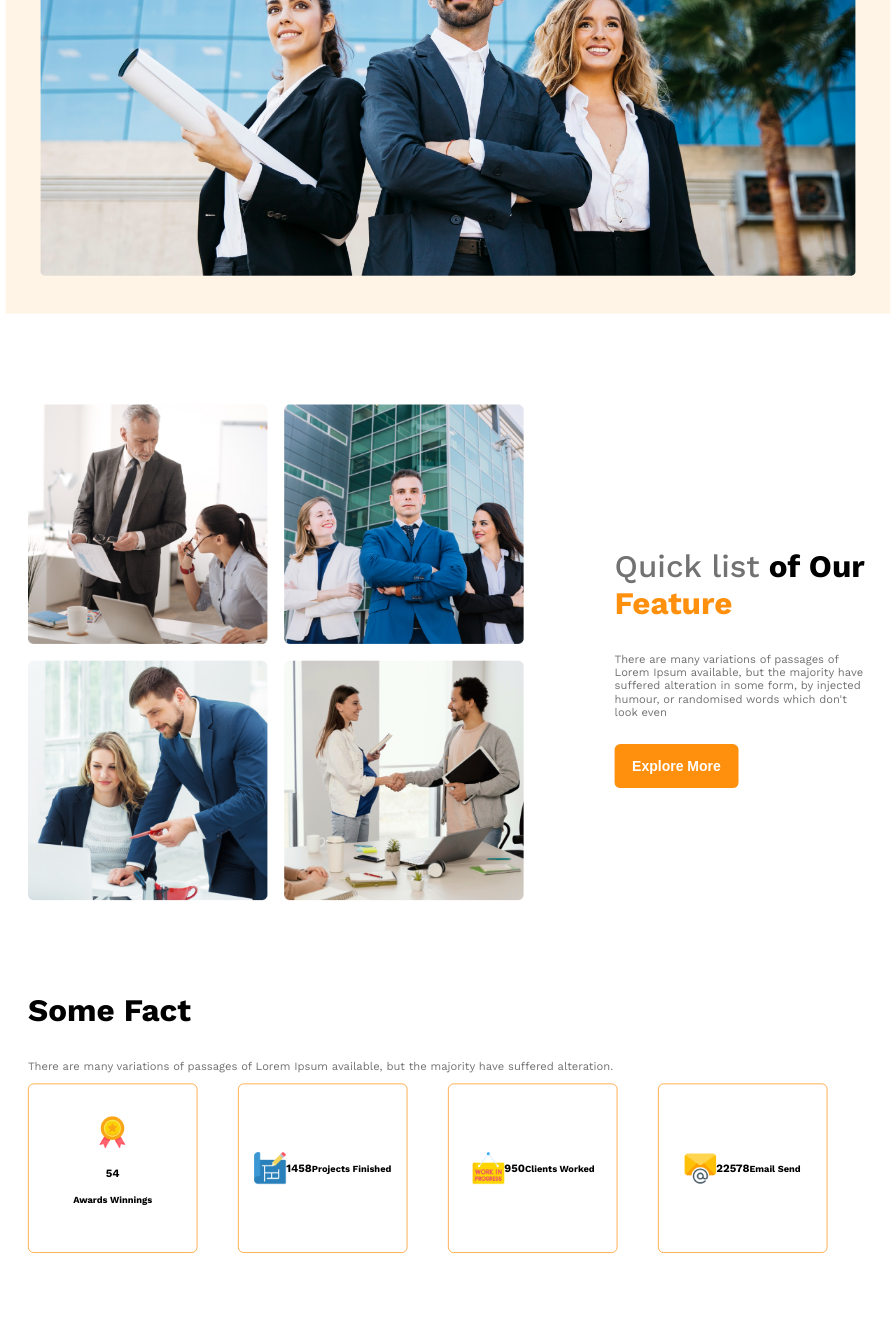
Repository: dollyrakhe22/g3-architects-website
Page: index.html
These files come from the project's save history. The page is drawn as it stood at one moment and after the next save; the edit follows.
The browser window is 1280 px wide. The pictures show the part of the page from y = 767 to 2687 px (the page is 2687 px tall), at 70% of full size.

Above is the page before, as saved 2025-07-21 00:00:21.

After the next save:
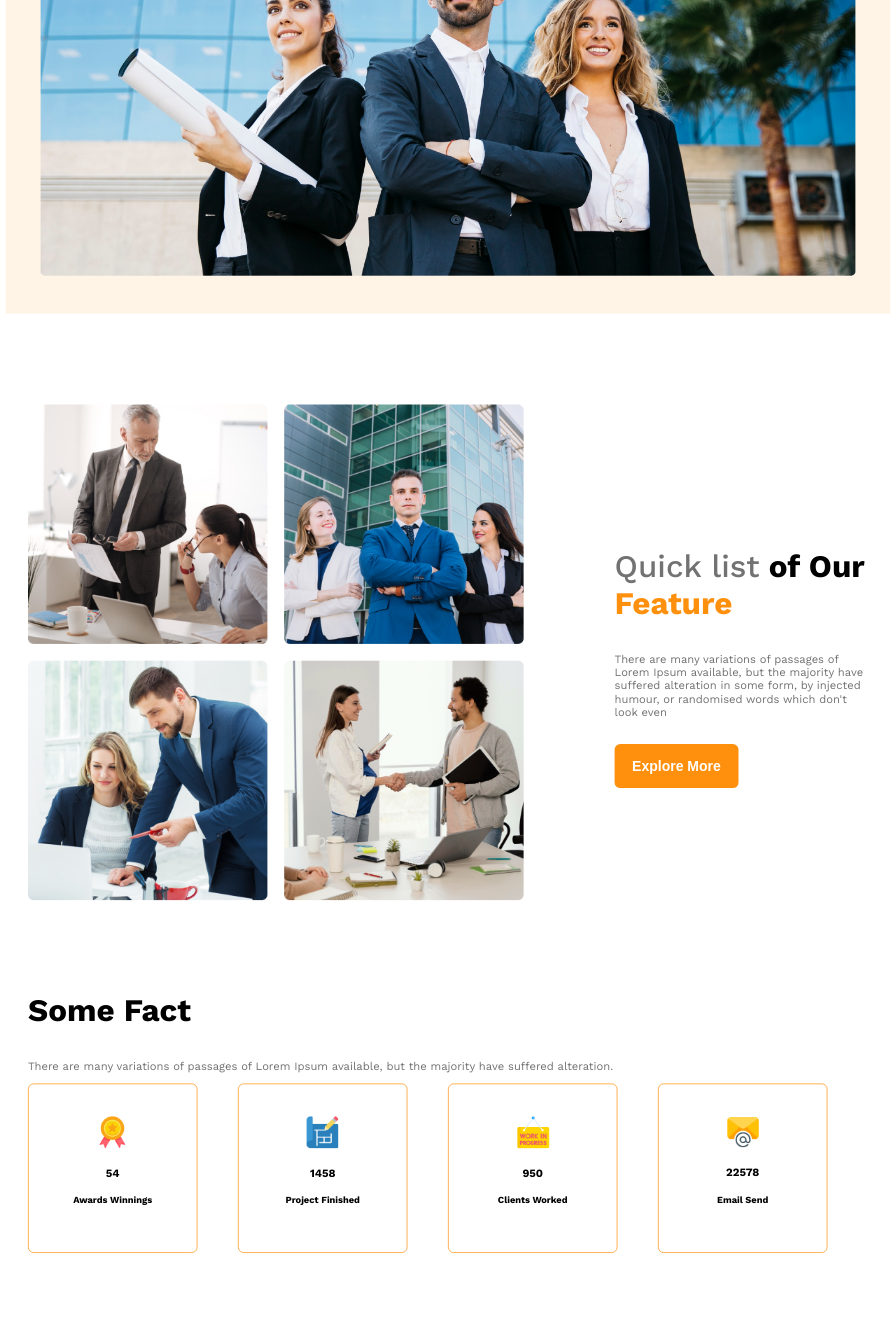
Saved 5 min 16 s later.
--- a/index.html
+++ b/index.html
@@ -59,19 +59,25 @@
                </div>
               </div>
               <div class="fact-card display-flex">
-                <img src="images/icons/projects.png" alt="" class="fact-icon">
+               <div>
+                 <img src="images/icons/projects.png" alt="" class="fact-icon">
                 <h4 class="fact-number">1458</h4>
-                <h5 class="fact-name">Projects Finished</h5>
+                <h5 class="fact-name">Project Finished</h5>
+               </div>
               </div>
               <div class="fact-card display-flex">
+              <div>
                 <img src="images/icons/customers.png" alt="" class="fact-icon">
                 <h4 class="fact-number">950</h4>
-                <h5 class="fact-name">Clients Worked</h5>
+                <h5 class="fact-name">Clients Worked </h5>
+              </div>
               </div>
               <div class="fact-card display-flex">
-                <img src="images/icons/email.png" alt="" class="fact-icon">
+               <div>
+                 <img src="images/icons/email.png" alt="" class="fact-icon">
                 <h4 class="fact-number">22578</h4>
                 <h5 class="fact-name">Email Send</h5>
+               </div>
               </div>
            </div>
 
